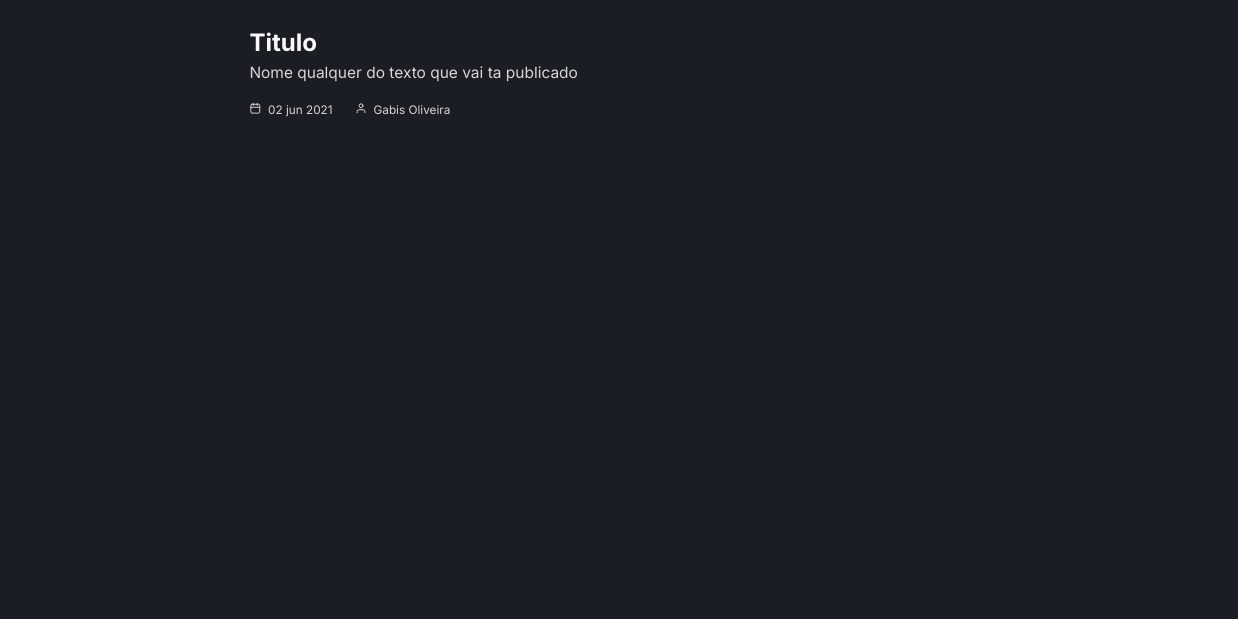
Repository: gabrielarochaf/zeroprojectBlog
Page: /
These files come from the project's save history. The page is drawn as it stood at one moment and after the next save; the edit follows.
The browser window is 1280 px wide. The page is 1280 px wide, then 1440 px, then 1280 px, so the pictures cover 1440 px, including what lies to the right of the window. The pictures show the whole page, at 86% of full size.
The project was rebuilt for these pictures with package versions that can differ from the ones it lists, and the page was loaded fresh each time. The framework's server and built-in components were replaced by stand-ins that run in the browser.

Above is the page before, as saved 2021-07-09 14:11:39.

After the next save:
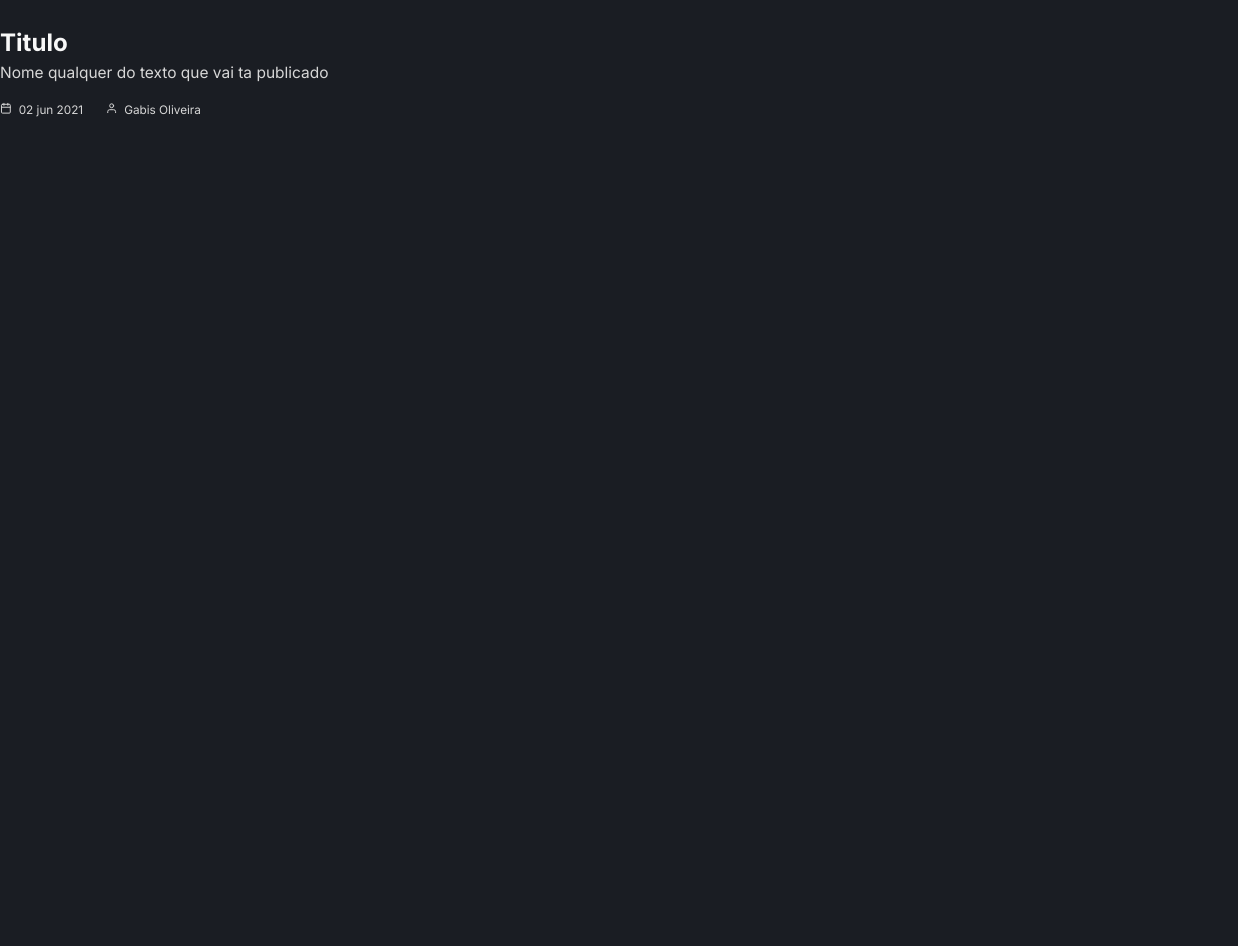
Saved 45 s later.
--- a/src/styles/common.module.scss
+++ b/src/styles/common.module.scss
@@ -1,6 +1,8 @@
 // TODO
 .container {
-  max-width: 700px;
+  // max-width: 700px;
+  width: 1440px;
+  height: 1068px;
   margin: 0 auto;
 }
 .info {

After the save that followed:
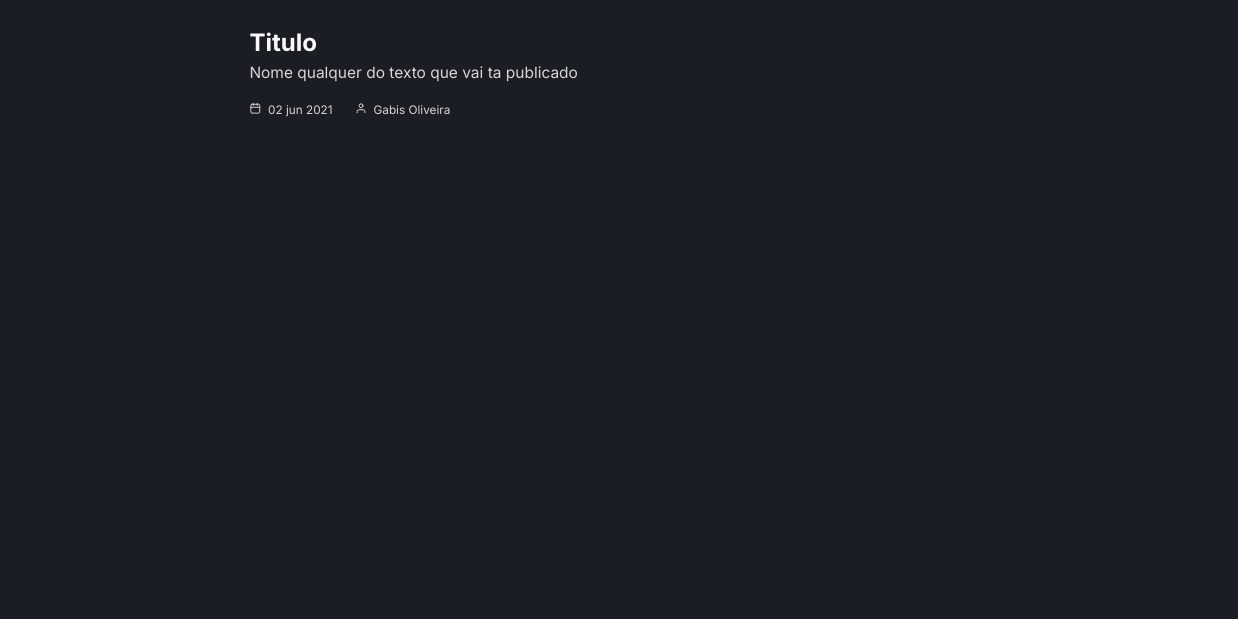
Saved 18 s later.
--- a/src/styles/common.module.scss
+++ b/src/styles/common.module.scss
@@ -1,8 +1,6 @@
 // TODO
 .container {
-  // max-width: 700px;
-  width: 1440px;
-  height: 1068px;
+  max-width: 700px;
   margin: 0 auto;
 }
 .info {
